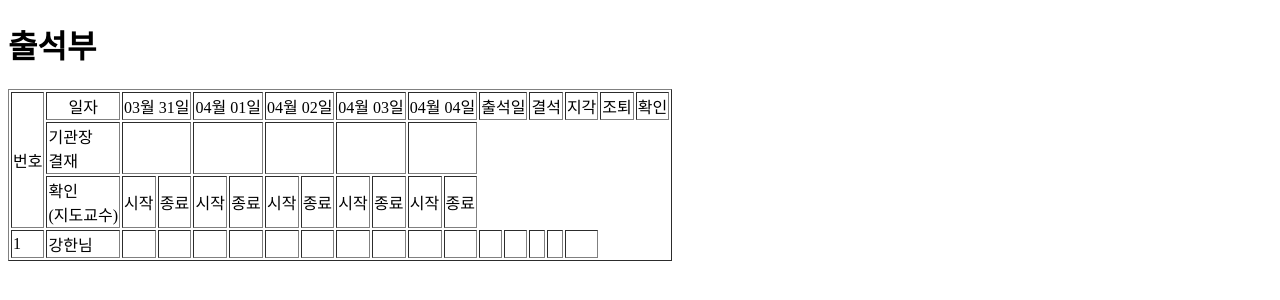
Repository: zzzzzzin/Client
Page: ClientTest/src/main/webapp/문제/Q11.html
The author's editor kept a copy of each file at every save. The page is drawn from the files as they stood at one save, then again after the next save.
The browser window is 1280 px wide. The pictures show the whole page.

Above is the page before, as saved 2024-03-13 08:44:04.

### ClientTest/src/main/webapp/문제/Q11.html
<!DOCTYPE html>
<html>
<head>
<meta charset="EUC-KR">
<title>Insert title here</title>
</head>
<body>
<h1>출석부</h1>
	<table border="1" >
		<tr align="center">
			<td rowspan="3">번호</td>
			<td>일자</td>
			<td colspan="2">03월 31일</td>
			<td colspan="2">04월 01일</td>
			<td colspan="2">04월 02일</td>
			<td colspan="2">04월 03일</td>
			<td colspan="2">04월 04일</td>
			<td colspan="2">출석일</td>
			<td colspan="2">결석</td>
			<td colspan="2">지각</td>
			<td colspan="2">조퇴</td>
			<td colspan="2">확인</td>
		</tr>
		<tr>
			<td>기관장<br>결재</td>
			<td colspan="2"></td>
			<td colspan="2"></td>
			<td colspan="2"></td>
			<td colspan="2"></td>
			<td colspan="2"></td>
		</tr>
		<tr>
			<td>확인<br>(지도교수)</td>
			<td>시작</td>
			<td>종료</td>
			<td>시작</td>
			<td>종료</td>
			<td>시작</td>
			<td>종료</td>
			<td>시작</td>
			<td>종료</td>
			<td>시작</td>
			<td>종료</td>
		</tr>
		<tr>
			<td>1</td>
			<td>강한님</td>
			<td></td>
			<td></td>
			<td></td>
			<td></td>
			<td></td>
			<td></td>
			<td></td>
			<td></td>
			<td></td>
			<td></td>
			<td></td>
			<td></td>
			<td></td>
			<td></td>
			<td></td>
		</tr>
	</table>
</body>
</html>

After the next save:
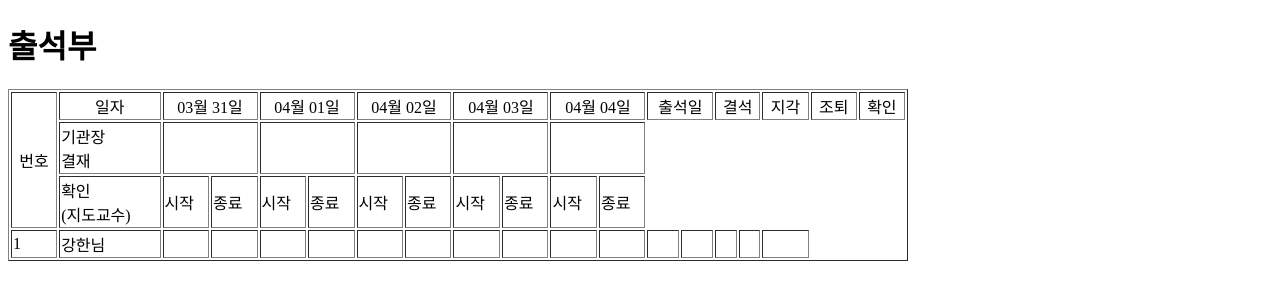
Saved 20 s later.
--- a/ClientTest/src/main/webapp/문제/Q11.html
+++ b/ClientTest/src/main/webapp/문제/Q11.html
@@ -6,7 +6,7 @@
 </head>
 <body>
 <h1>출석부</h1>
-	<table border="1" >
+	<table border="1" width="900">
 		<tr align="center">
 			<td rowspan="3">번호</td>
 			<td>일자</td>
